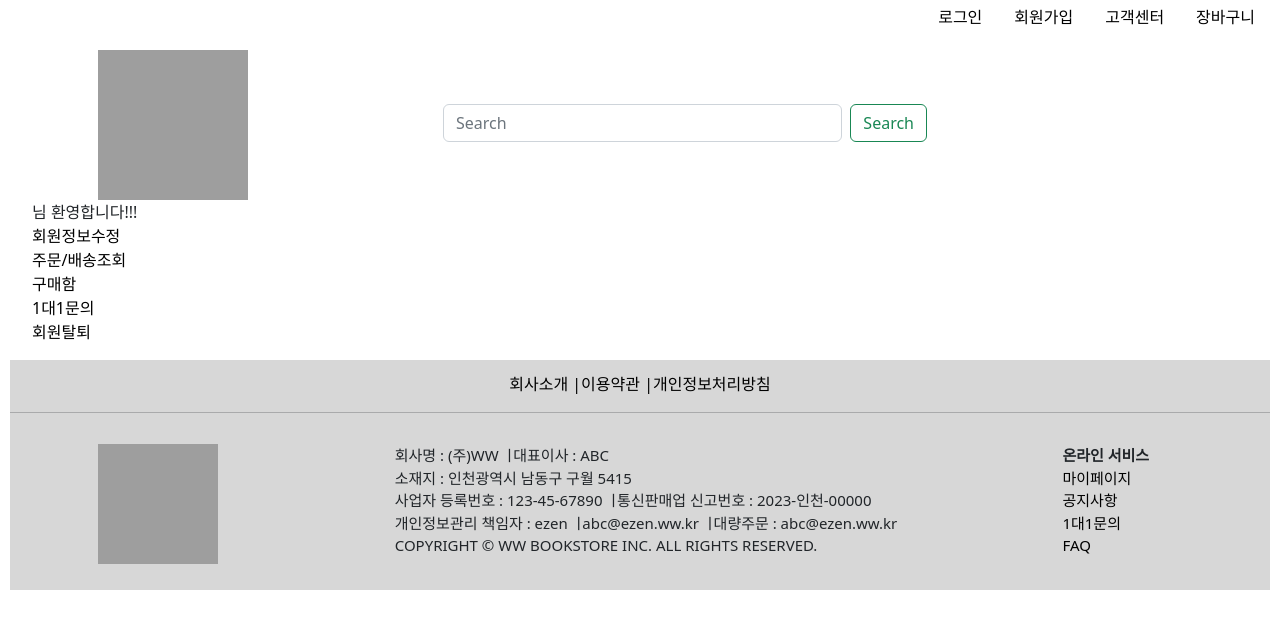
Repository: leehyeonung/project4
Page: http://localhost/book/WEB-INF/views/member/mypage.jsp
These files come from the project's save history. The page is drawn as it stood at one moment and after the next save; the edit follows.
The browser window is 1280 px wide. The pictures show the whole page.
Pictures or frames that could not be fetched are drawn as grey boxes. The page is served by Tomcat 9. Nobody is signed in. Other server files are loaded and not shown. The template is opened directly, without the code that normally fills it, so the values that code supplies are empty.

Above is the page before, as saved 2023-01-06 01:27:26.

### book/src/main/webapp/WEB-INF/views/member/mypage.jsp
<%@ page language="java" contentType="text/html; charset=UTF-8"
    pageEncoding="UTF-8"%>
<!DOCTYPE html>
<html>
<head>
<meta charset="UTF-8">
<title>Insert title here</title>
</head>
<body>
<jsp:include page="../layout/header.jsp"></jsp:include>
<div class="main">
<ul>
	${ses.mem_id}님 환영합니다!!!
	<li><a href="/mem/modify">회원정보수정</a></li>
	<li><a href="/mem/orderCheck?mem_num=${ses.mem_num}">주문/배송조회</a></li>
	<li><a href="/mem/buyCheck?mem_num=${ses.mem_num}">구매함</a></li>
	<li><a href="/board/list">1대1문의</a></li>
	<li><a href="/mem/delete">회원탈퇴</a></li>
</ul>
</div>
<jsp:include page="../layout/footer.jsp"></jsp:include>
</body>
</html>

### book/src/main/webapp/WEB-INF/views/layout/header.jsp
<%@ page language="java" contentType="text/html; charset=UTF-8"
    pageEncoding="UTF-8"%>
<%@ taglib uri="http://java.sun.com/jsp/jstl/core" prefix="c"%>
<!DOCTYPE html>
<html>
<head>
<meta charset="UTF-8">
<title>Insert title here</title>
<!-- CSS only -->
<link href="https://cdn.jsdelivr.net/npm/bootstrap@5.2.2/dist/css/bootstrap.min.css"
rel="stylesheet" integrity="sha384-Zenh87qX5JnK2Jl0vWa8Ck2rdkQ2Bzep5IDxbcnCeuOxjzrPF/et3URy9Bv1WTRi"
crossorigin="anonymous">
<link rel="stylesheet" type="text/css" href="/resources/css/header.css">
</head>
<body>
<div class="header">
    <div class="menu">
        <c:if test="${ses.mem_id ==null}">
        <ul><a href="/mem/loginPage">로그인</a></ul>
        <ul><a href="/mem/joinPage">회원가입</a></ul>
        </c:if>
        <c:if test="${ses.mem_id == 'admin' }">
        <ul><a href="/mem/logOut">로그아웃</a></ul>
        <ul><a href="/mem/adminpage">관리인페이지</a></ul>
        </c:if>
        <c:if test="${ses.mem_id !=null && ses.mem_id !='admin' }">
        <ul><a href="/mem/logOut">로그아웃</a></ul>
        <ul><a href="/mem/mypage">마이페이지</a></ul>
        </c:if>
        <ul><a href="#">고객센터</a></ul>
        <ul><a href="#">장바구니</a></ul>
    </div>
    <div class="bar">
       <div class="logo">
         <a href="/"><img src="/resources/image/logo.jpg" alt="로고"></a>
       </div>
         <div class="searchBar">
            <form class="d-flex" role="search">
                 <input class="form-control me-2" type="search" placeholder="Search" aria-label="Search">
                 <button class="btn btn-outline-success" type="submit">Search</button>
              </form>
         </div>
       <div class="icons">
         <a href=""><i class="fa-solid fa-cart-shopping"></i></a>
            <a href=""><i class="fa-solid fa-user"></i></a>
       </div>
    </div>
</div>
</body>
</html>

### book/src/main/webapp/WEB-INF/views/layout/footer.jsp
<%@ page language="java" contentType="text/html; charset=UTF-8"
   pageEncoding="UTF-8"%>
<!DOCTYPE html>
<html>
<head>
<meta charset="UTF-8">
<title>Insert title here</title>
<link rel="stylesheet" type="text/css" href="/resources/css/footer.css">

</head>

<body>
   <div class="footer">
      <div class="footer-top">
         <ul>
            <li><a href="/introduce">회사소개 | </a></li>
            <li><a href="">이용약관 | </a></li>
            <li><a href="">개인정보처리방침</a></li>
         </ul>
      </div>
      <hr>
      <div class="address">
         <div class="footer-logo">
            <img src="/resources/image/logo.jpg" alt="로고">
         </div>
         <div class="address-box">
            <ul>
               <li>회사명 : (주)WW <span style="margin-right: -7px;">ㅣ</span>
                  대표이사 : ABC
               </li>

               <li>소재지 : 인천광역시 남동구 구월 5415</li>
               <li>사업자 등록번호 : 123-45-67890 <span style="margin-right: -7px;">ㅣ</span>
                  통신판매업 신고번호 : 2023-인천-00000
               </li>

               <li>개인정보관리 책임자 : ezen <span style="margin-right: -7px;">ㅣ</span>
                  abc@ezen.ww.kr <span style="margin-right: -7px;">ㅣ</span> 대량주문 :
                  abc@ezen.ww.kr
               </li>

               <li>COPYRIGHT © WW BOOKSTORE INC. ALL RIGHTS RESERVED.</li>

            </ul>

         </div>
         <div class="online-serviceBar">
            <strong>온라인 서비스</strong>
            <ul>
               <li><a href="">마이페이지</a></li>
               <li><a href="">공지사항</a></li>
               <li><a href="">1대1문의</a></li>
               <li><a href="">FAQ</a></li>
            </ul>
         </div>
      </div>
   </div>

</body>
</html>

### book/src/main/webapp/resources/css/header.css
@charset "UTF-8";
*{
	margin: 0px;
	padding: 0px;
}
.header{
    width: 1260px;
    height: 200px;
   /*  background-color: pink; */
}
.menu{
   display: flex;
   justify-content: flex-end;
   padding:5px;

}
.logo{
    width: 150px;
    height: 150px;
    background-color: blue;
}
.logo>a>img{
    width: 150px;
    height: 150px;
}
.searchBar{
   /* position:absolute; */
    width: 484px;
    height: 42px;
    /* background-color: gold; */
    margin-top:54px;
    border-radius: 30px;

}
.bar{

   height: 150px;
   display: flex;
   flex-direction: row;
   flex-wrap:nowrap;
   justify-content:space-around;
/*    align-items: baseline; */


}
i{
    font-size: 42px;
    color: black;
    margin-top:54px;
    margin-right: 20px;
}

### book/src/main/webapp/resources/css/footer.css
@charset "UTF-8";
.footer {
   width: 1260px;
   height: 230px;
   background-color: rgba(175, 175, 175, 0.5);
   margin: 0 auto;
}

.footer-logo {

   width: 120px;
   height: 120px;
   background-color: beige;
}
.footer-logo>img{
   width: 120px;
   height: 120px;
}

.address-box {
   text-align: left;
   padding: 0;
   margin: 0;
}

.address {
   padding: 15px;
   height: 150px;
   display: flex;
   font-size: 15px;
   /* align-items: baseline; */
   flex-direction: row;
   flex-wrap: nowrap;
   justify-content: space-around;
}

ul {
   list-style: none;
}

.footer, .address li {

}

.footer-top {
   text-align: center;
   padding-top: 12px;
}

.footer-top>ul {
   margin: 0;
   padding: 0;
   display: flex;
   justify-content: center;
}

.footer-top>li {
   margin: 0;
   padding: 0;
}

a {
   text-decoration-line: none;
   color: black;
}

a:visited {
   text-decoration: none;
}

a:hover {
   text-decoration: none;
}

a:focus {
   text-decoration: none;
}

a:hover, a:active {
   text-decoration: none;
}

.online-serviceBar {
   padding: 0px;
   margin-left: 20px;
   width: 120px;
   height: 120px;
}

.online-serviceBar>ul {
   margin: 0px;
   padding: 0px;
}

After the next save:
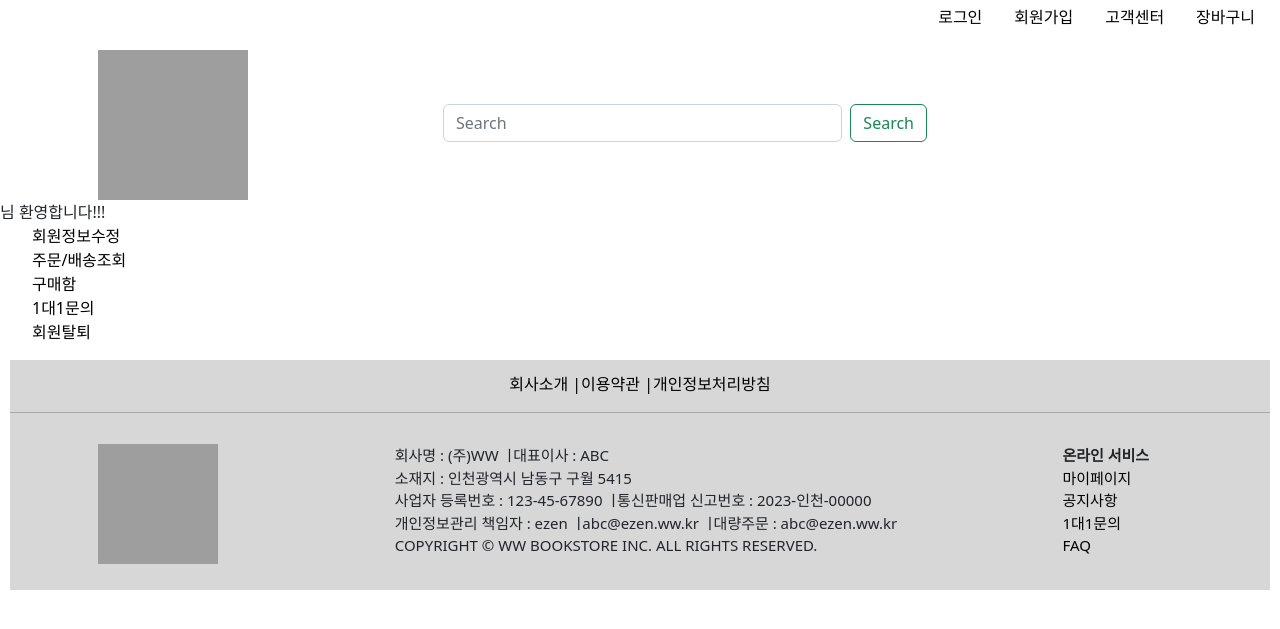
Saved 5 s later.
--- a/book/src/main/webapp/WEB-INF/views/member/mypage.jsp
+++ b/book/src/main/webapp/WEB-INF/views/member/mypage.jsp
@@ -9,8 +9,8 @@
 <body>
 <jsp:include page="../layout/header.jsp"></jsp:include>
 <div class="main">
+	${ses.mem_id}님 환영합니다!!!
 <ul>
-	${ses.mem_id}님 환영합니다!!!
 	<li><a href="/mem/modify">회원정보수정</a></li>
 	<li><a href="/mem/orderCheck?mem_num=${ses.mem_num}">주문/배송조회</a></li>
 	<li><a href="/mem/buyCheck?mem_num=${ses.mem_num}">구매함</a></li>
